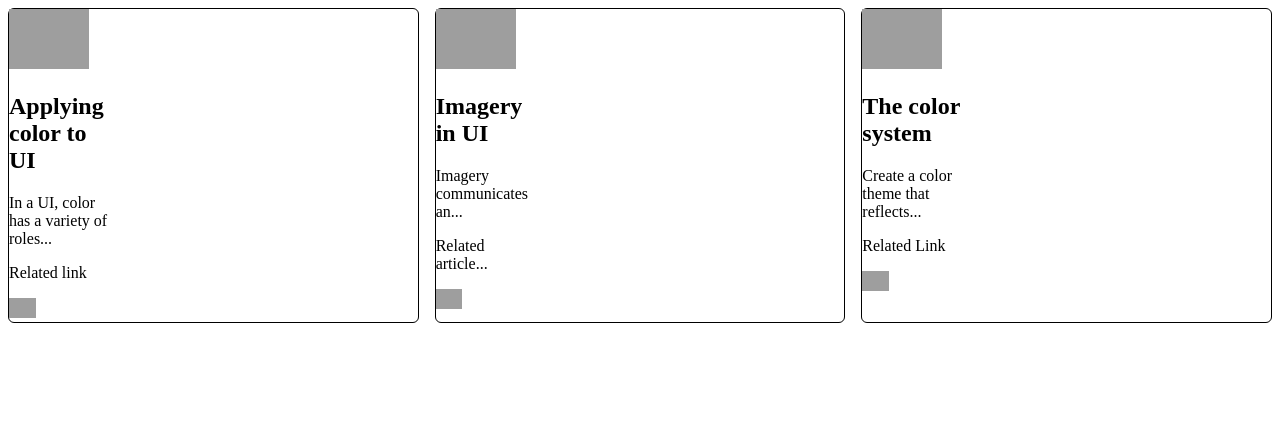
Repository: Sc-Juju/tres-cards
Page: index.html
An editor plug-in stored every save of this project. The page is shown before and after the next save, followed by the edit.
The browser window is 1280 px wide. The pictures show the whole page.
Pictures or frames that could not be fetched are drawn as grey boxes. Some web libraries are served in a nearby version.

Above is the page before, as saved 2022-09-29 11:52:33.

After the next save:
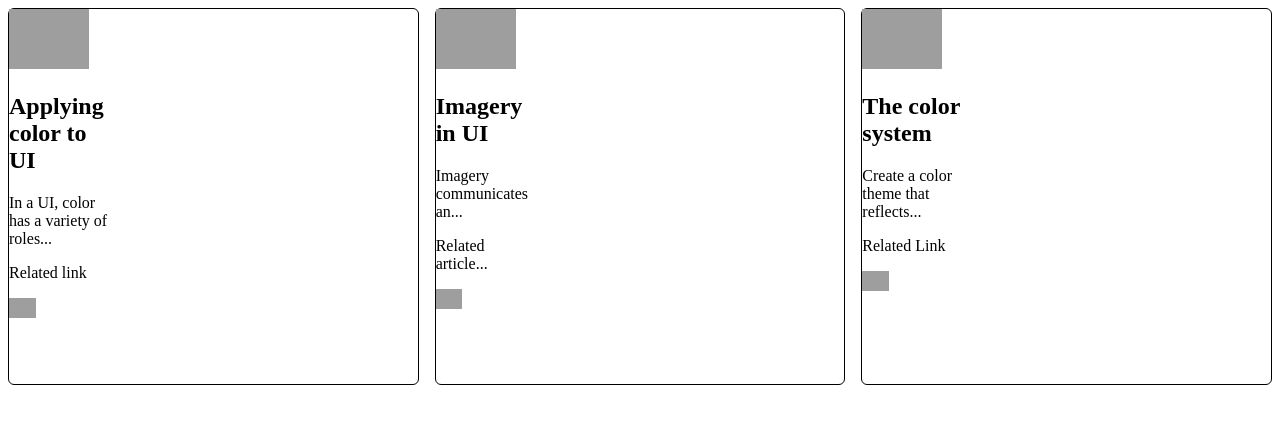
Saved 58 s later.
--- a/main.css
+++ b/main.css
@@ -8,6 +8,7 @@
     border-radius: 6px;
     display:grid;
     grid-template-columns:.5fr 1.5fr;
+    grid-template-rows:.8fr .2fr;
 }
 img{
     height:60px;
